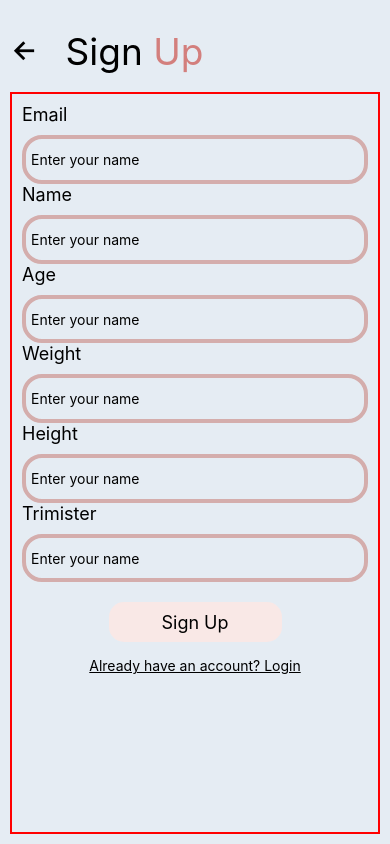
Repository: kgayathridevi/pregband
Screen: /Sign
An editor plug-in stored every save of this project. The screen is shown before and after the next save, followed by the edit.
The app was drawn by React Native's web renderer in a window 390 px wide. The project was rebuilt for these pictures with package versions that can differ from the ones it lists, and the page was loaded fresh each time. Also part of the build but not shown: component/Home.jsx.

Above is the screen before, as saved 2023-04-30 07:50:36.

After the next save:
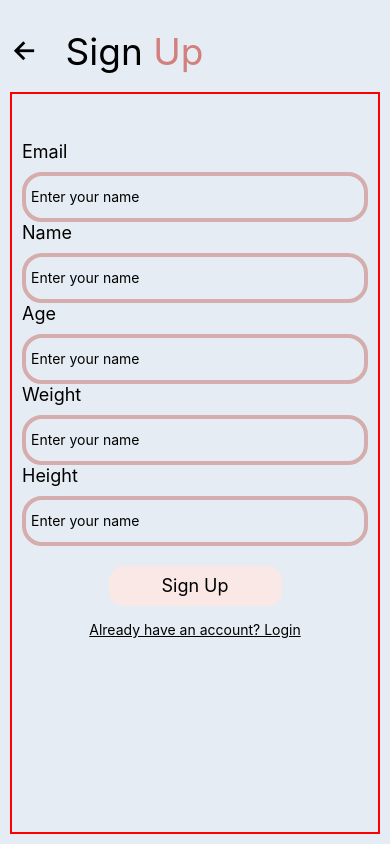
Saved 12 s later.
--- a/component/SignUpScreen.jsx
+++ b/component/SignUpScreen.jsx
@@ -39,8 +39,8 @@ const SignUpScreen = ({ navigation }) => {
           <Text style={{ fontSize: 18 }}>Height</Text>
           <TextInput style={styles.textInp} placeholder="Enter your name" />
 
-          <Text style={{ fontSize: 18 }}>Trimister</Text>
-          <TextInput style={styles.textInp} placeholder="Enter your name" />
+          {/* <Text style={{ fontSize: 18 }}>Trimister</Text> */}
+          {/* <TextInput style={styles.textInp} placeholder="Enter your name" /> */}
 
           {/* <Text style={{ fontSize: 18, marginTop: 15 }}>Password</Text>
           <TextInput style={styles.textInp} placeholder="Enter your password" /> */}
